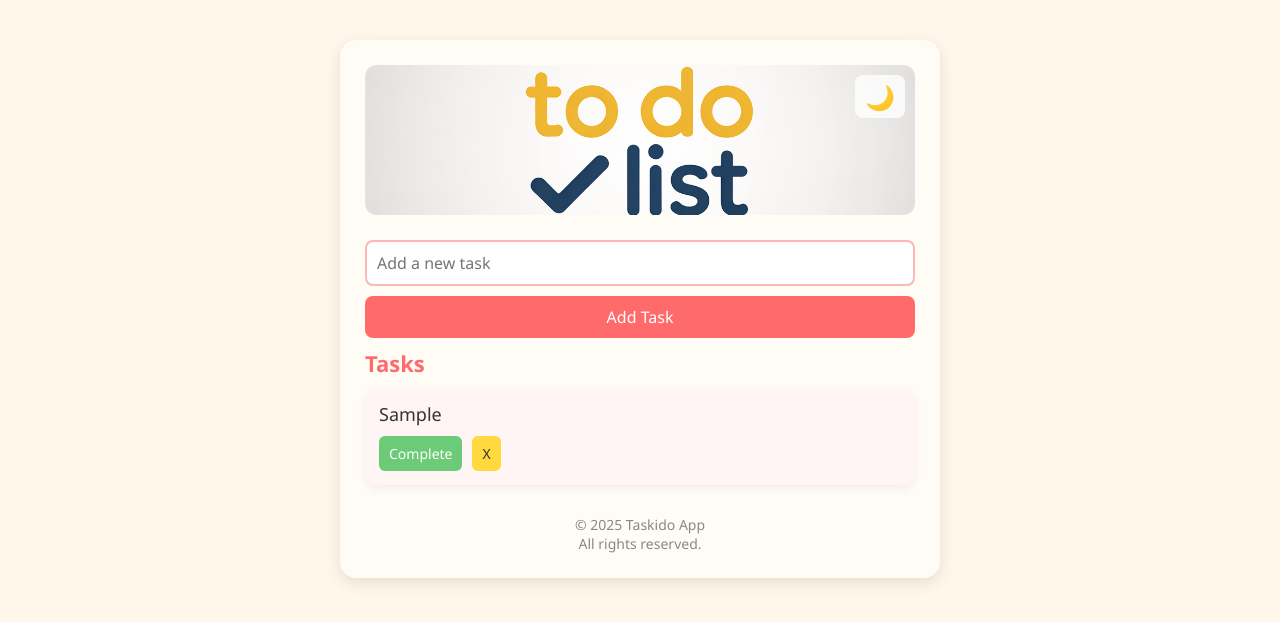
Repository: MenaEldeeb/To-Do-Iist
Page: index.html
The author's editor kept a copy of each file at every save. The page is drawn from the files as they stood at one save, then again after the next save.
The browser window is 1280 px wide. The pictures show the whole page.
Empty fields were first filled with sample values (such as "Sample", 5 or name@example.com).
After loading, the first visible `#add-task-btn` was clicked once.

Above is the page before, as saved 2025-07-20 23:15:46.

### index.html
<!DOCTYPE html>
<html lang="en">
<head>
  <meta charset="UTF-8" />
  <meta name="viewport" content="width=device-width, initial-scale=1.0"/>
  <title>Taskido</title>
  <link rel="stylesheet" href="./css/styles.css" />
</head>
<body>
  <div id="container">

    <header id="hd">
      <img id="header-banner" src="images/to do list.png" alt="Header Banner" />
      <button id="dark-mode-toggle">🌙</button>
    </header>

    <main id="mn">
      <section id="mn__sect01">
        <input type="text" id="task-input" placeholder="Add a new task" />
        <button id="add-task-btn">Add Task</button>
        <p id="error-msg" class="error-msg hidden">Please enter a task!</p>
      </section>

      <section id="mn__sect02">
        <h2>Tasks</h2>
        <ol id="task-list"></ol>
      </section>
    </main>

    <footer id="ft">
      <p>© 2025 Taskido App</p>
      <p>All rights reserved.</p>
    </footer>

  </div>

  <script src="./js/app.js"></script>
</body>
</html>

### css/styles.css
* {
  margin: 0;
  padding: 0;
  box-sizing: border-box;
  font-family: "Segoe UI", sans-serif;
}

body {
  background-color: #fff7e9;
  color: #333;
}

#container {
  max-width: 600px;
  margin: 40px auto;
  padding: 25px;
  background-color: #fffbf5;
  border-radius: 16px;
  box-shadow: 0 5px 15px rgba(0, 0, 0, 0.1);
  transition: background-color 0.3s ease, color 0.3s ease;
}
#logo img {
  max-width: 100%;   /* لا تزيد عن عرض الحاوية */
  height: auto;      /* لتحافظ على نسبة الارتفاع */
  display: block;
  margin: 0 auto;    /* لتمركز الصورة أفقياً */
}


/* ✅ Header with full-size image */
header#hd {
  position: relative;
  margin-bottom: 25px;
  height: 150px;
  border-radius: 12px;
  overflow: hidden;
}

#header-banner {
  width: 100%;
  height: 100%;
  object-fit: cover;
  display: block;
}

/* 🌙 Dark mode toggle positioned top right */
#dark-mode-toggle {
  position: absolute;
  top: 10px;
  right: 10px;
  background: rgba(255, 255, 255, 0.8);
  border: none;
  cursor: pointer;
  font-size: 24px;
  border-radius: 8px;
  padding: 5px 10px;
}

/* --- باقي التنسيقات كما هي --- */

#task-input {
  width: 100%;
  padding: 10px;
  border: 2px solid #ffb6b6;
  border-radius: 8px;
  margin-bottom: 10px;
  font-size: 16px;
}

#add-task-btn {
  width: 100%;
  padding: 10px;
  background-color: #ff6b6b;
  color: white;
  border: none;
  font-size: 16px;
  border-radius: 8px;
  cursor: pointer;
  margin-bottom: 10px;
}

#add-task-btn:hover {
  background-color: #ff4b5c;
}

#mn__sect02 h2 {
  font-size: 22px;
  color: #ff6b6b;
  margin-bottom: 10px;
}

#task-list {
  list-style-type: none;
  padding-left: 0;
}

.task-item {
  background-color: #fff5f5;
  padding: 14px;
  margin-bottom: 12px;
  border-radius: 12px;
  box-shadow: 0 4px 10px rgba(0, 0, 0, 0.05);
  transition: background-color 0.3s ease, transform 0.2s ease;
}

.task-item:hover {
  background-color: #ffecec;
  transform: scale(1.01);
}

.task-item span {
  display: block;
  font-size: 18px;
  margin-bottom: 10px;
}

.task-item.completed span {
  text-decoration: line-through;
  color: #999;
  opacity: 0.7;
}

.complete-btn,
.remove-btn {
  padding: 8px 10px;
  margin-right: 10px;
  border: none;
  border-radius: 6px;
  cursor: pointer;
  font-size: 14px;
}

.complete-btn {
  background-color: #6bcb77;
  color: white;
}

.remove-btn {
  background-color: #ffd93d;
  color: #333;
}

.error-msg {
  color: #ff4b5c;
  font-size: 14px;
  font-weight: 600;
}

.hidden {
  display: none;
}

footer#ft {
  text-align: center;
  font-size: 14px;
  margin-top: 30px;
  color: #888;
}

/* Dark Mode */
#container.dark-mode {
  background-color: #1e1e2f;
  color: #eee;
}

#container.dark-mode #task-input {
  background-color: #333;
  border-color: #555;
  color: #eee;
}

#container.dark-mode #task-input::placeholder {
  color: #aaa;
}

#container.dark-mode #add-task-btn {
  background-color: #4a90e2;
}

#container.dark-mode #mn__sect02 h2 {
  color: #4a90e2;
}

#container.dark-mode .task-item {
  background-color: #2c2c3e;
}

#container.dark-mode .task-item:hover {
  background-color: #3a3a52;
}

#container.dark-mode .task-item span {
  color: #eee;
}

#container.dark-mode .error-msg {
  color: #ff6b6b;
}

/* Mobile */
@media (max-width: 600px) {
  #task-input,
  #add-task-btn {
    width: 100%;
  }

  .task-item span {
    font-size: 16px;
  }

  .complete-btn,
  .remove-btn {
    width: 100%;
    margin: 5px 0 0 0;
  }
}

/* Tablet */
@media (min-width: 601px) and (max-width: 1024px) {
  #task-input {
    width: 65%;
  }

  #add-task-btn {
    width: 30%;
    margin-left: 5%;
  }

  .task-item {
    flex-direction: column;
  }
}

### js/app.js
const taskInput = document.getElementById('task-input');
const addButton = document.getElementById('add-task-btn');
const taskList = document.getElementById('task-list');
const errorMsg = document.getElementById('error-msg');
const darkToggle = document.getElementById('dark-mode-toggle');
const container = document.getElementById('container');

let tasks = [];

function renderTasks() {
  taskList.innerHTML = '';
  tasks.forEach(task => {
    const li = document.createElement('li');
    li.className = 'task-item';
    if (task.completed) li.classList.add('completed');

    const span = document.createElement('span');
    span.textContent = task.text;

    const completeBtn = document.createElement('button');
    completeBtn.textContent = 'Complete';
    completeBtn.className = 'complete-btn';
    completeBtn.onclick = () => toggleTask(task.id);

    const removeBtn = document.createElement('button');
    removeBtn.textContent = 'X';
    removeBtn.className = 'remove-btn';
    removeBtn.onclick = () => removeTask(task.id);

    li.appendChild(span);
    li.appendChild(completeBtn);
    li.appendChild(removeBtn);

    taskList.appendChild(li);
  });
}

function addTask(text) {
  const newTask = {
    id: Date.now(),
    text,
    completed: false
  };
  tasks.push(newTask);
  renderTasks();
}

function toggleTask(id) {
  tasks = tasks.map(task =>
    task.id === id ? { ...task, completed: !task.completed } : task
  );
  renderTasks();
}

function removeTask(id) {
  tasks = tasks.filter(task => task.id !== id);
  renderTasks();
}

addButton.addEventListener('click', () => {
  const value = taskInput.value.trim();
  if (value === '') {
    errorMsg.classList.remove('hidden');
    return;
  }
  errorMsg.classList.add('hidden');
  addTask(value);
  taskInput.value = '';
});

taskInput.addEventListener('input', () => {
  if (taskInput.value.trim() !== '') {
    errorMsg.classList.add('hidden');
  }
});

darkToggle.addEventListener('click', () => {
  container.classList.toggle('dark-mode');
});

After the next save:
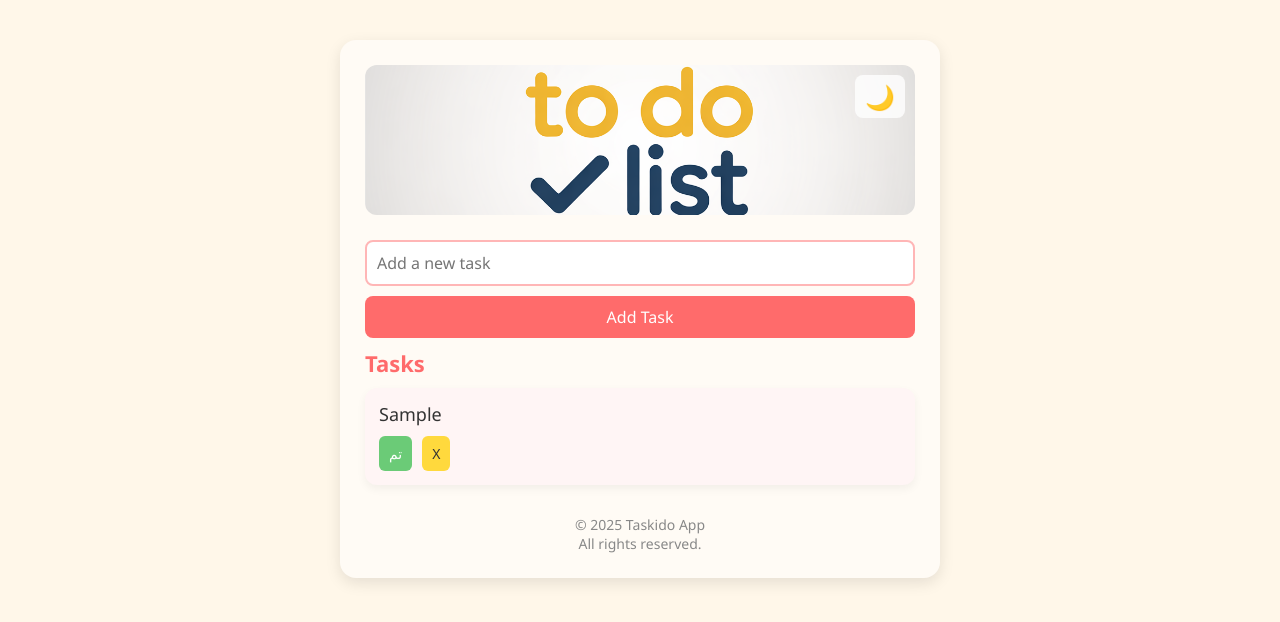
Saved 7 h 11 min later.
--- a/js/app.js
+++ b/js/app.js
@@ -7,6 +7,21 @@
 
 let tasks = [];
 
+// حفظ المهام في localStorage
+function saveTasks() {
+  localStorage.setItem('tasks', JSON.stringify(tasks));
+}
+
+// تحميل المهام من localStorage
+function loadTasks() {
+  const storedTasks = localStorage.getItem('tasks');
+  if (storedTasks) {
+    tasks = JSON.parse(storedTasks);
+    renderTasks();
+  }
+}
+
+// رسم المهام على الشاشة
 function renderTasks() {
   taskList.innerHTML = '';
   tasks.forEach(task => {
@@ -18,7 +33,7 @@
     span.textContent = task.text;
 
     const completeBtn = document.createElement('button');
-    completeBtn.textContent = 'Complete';
+    completeBtn.textContent = 'تم';
     completeBtn.className = 'complete-btn';
     completeBtn.onclick = () => toggleTask(task.id);
 
@@ -35,6 +50,7 @@
   });
 }
 
+// إضافة مهمة جديدة
 function addTask(text) {
   const newTask = {
     id: Date.now(),
@@ -42,38 +58,63 @@
     completed: false
   };
   tasks.push(newTask);
+  saveTasks();
   renderTasks();
 }
 
+// تبديل حالة المهمة (مكتملة / غير مكتملة)
 function toggleTask(id) {
   tasks = tasks.map(task =>
     task.id === id ? { ...task, completed: !task.completed } : task
   );
+  saveTasks();
   renderTasks();
 }
 
+// حذف مهمة
 function removeTask(id) {
   tasks = tasks.filter(task => task.id !== id);
+  saveTasks();
   renderTasks();
 }
 
+// التعامل مع زر الإضافة
 addButton.addEventListener('click', () => {
   const value = taskInput.value.trim();
   if (value === '') {
     errorMsg.classList.remove('hidden');
+    errorMsg.style.display = 'block';
     return;
   }
   errorMsg.classList.add('hidden');
+  errorMsg.style.display = 'none';
   addTask(value);
   taskInput.value = '';
 });
 
+// إخفاء رسالة الخطأ لما المستخدم يكتب
 taskInput.addEventListener('input', () => {
   if (taskInput.value.trim() !== '') {
     errorMsg.classList.add('hidden');
+    errorMsg.style.display = 'none';
   }
 });
 
+// تفعيل الوضع الليلي وتخزين حالته
 darkToggle.addEventListener('click', () => {
   container.classList.toggle('dark-mode');
+  localStorage.setItem('darkMode', container.classList.contains('dark-mode'));
 });
+
+// تحميل حالة الوضع الليلي
+function loadTheme() {
+  if (localStorage.getItem('darkMode') === 'true') {
+    container.classList.add('dark-mode');
+  }
+}
+
+// تحميل البيانات عند فتح الصفحة
+window.onload = () => {
+  loadTheme();
+  loadTasks();
+};
